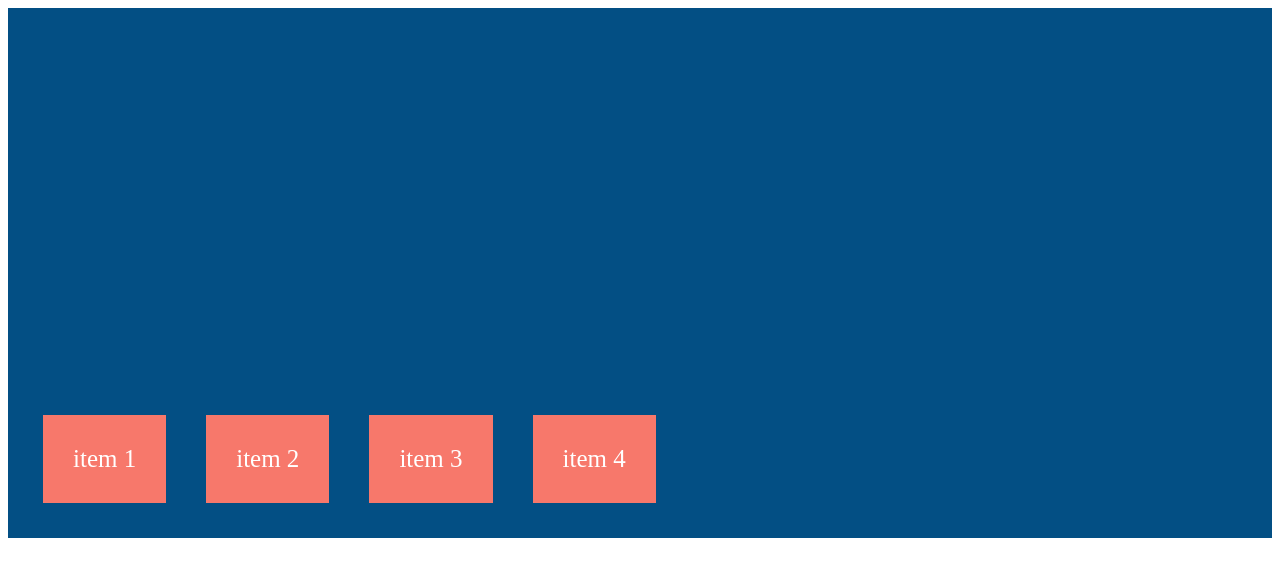
Repository: mehmetbuber38/flex
Page: flex-alignments.html
The author's editor kept a copy of each file at every save. The page is drawn from the files as they stood at one save, then again after the next save.
The browser window is 1280 px wide. The pictures show the whole page.

Above is the page before, as saved 2022-01-30 19:22:24.

After the next save:
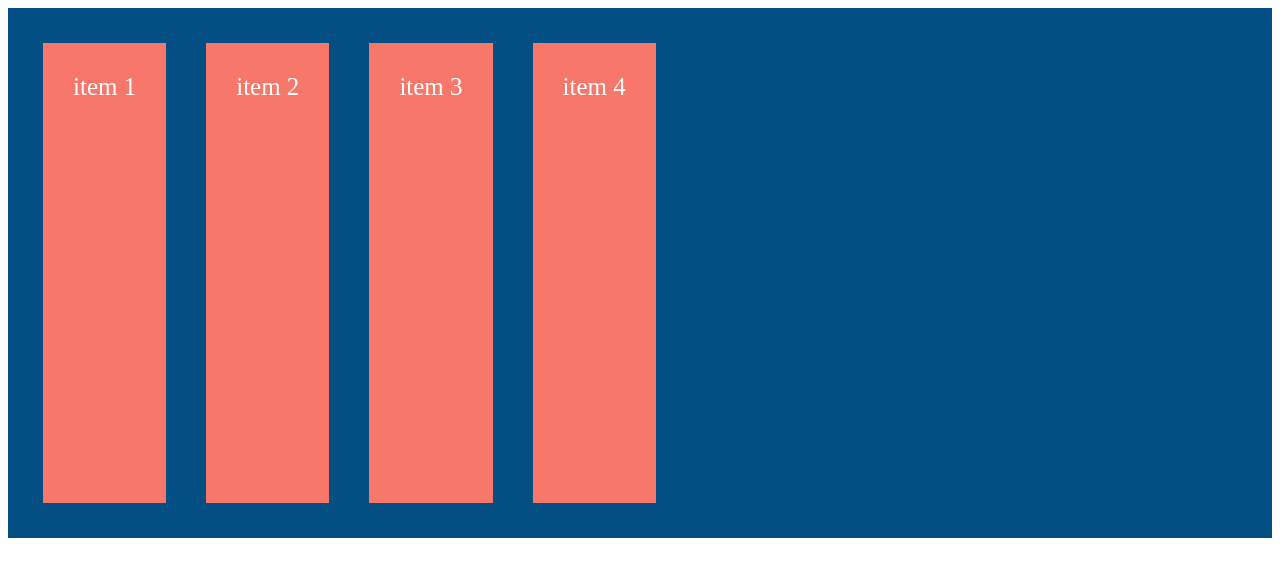
Saved 23 s later.
--- a/flex-alignments.html
+++ b/flex-alignments.html
@@ -20,7 +20,7 @@
 
         /* align-items: stretch; Varsayılan olarak gelir. */
         /* align-items: flex-start; İçerik kadar alan kaplar */
-        align-items: flex-end;
+        /* align-items: flex-end; İçerik en altta başlar. */
 
 
         height: 500px;
